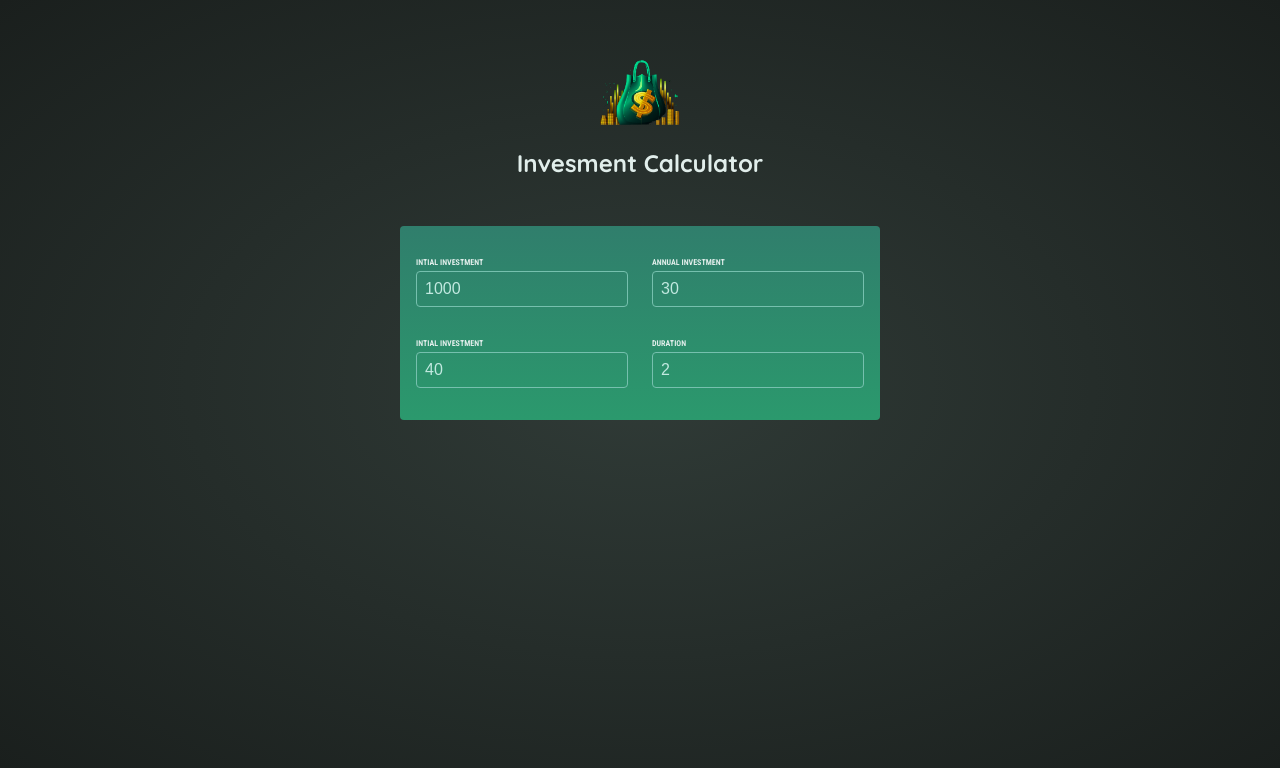
Repository: sibi24sibi/investment-calculator
Page: /
An editor plug-in stored every save of this project. The page is shown before and after the next save, followed by the edit.
The browser window is 1280 px wide. The pictures show the whole page.
The project was rebuilt for these pictures with package versions that can differ from the ones it lists, and the page was loaded fresh each time. Also part of the build but not shown: vite.config.js.

Above is the page before, as saved 2024-05-26 12:22:09.

### src/App.jsx
import logo from "./assets/investment-calculator-logo.png";
import UserInputs from "./components/Inputs";
import { useState } from "react";
function App() {


    const [userInput, setUserInput] = useState({
      initialInvestment: 1000,
      annualInvestment: 30,
      expectedReturn: 40,
      duration: 2,
    });

    function handleChange(inputIdentifier, newValue) {
      setUserInput((prevInput) => {
        return {
          ...prevInput,
          [inputIdentifier]: newValue,
        };
      });
    }


  return (
    <>
      <div id="header">
        <img src={logo} alt="" srcset="" />
        <h1>Invesment Calculator</h1>
      </div>
      <UserInputs userInput={userInput} handleChange={handleChange} />
    </>
  );
}

export default App;

### src/components/Inputs.jsx
export default function UserInput({ onChange , userInput}) {
  return (
    <section id="user-input">
      <div className="input-group">
        <p>
          <label htmlFor="">Intial investment</label>
          <input

            name="initialInvestment"
            value={userInput.initialInvestment}
            id="initialInvestment"
            onChange={(event) =>
              onChange("initialInvestment", event.target.value)
            }
          />
        </p>
        <p>
          <label htmlFor="">Annual Investment</label>
          <input
            type="number"
            name="annualInvestment"
            value={userInput.annualInvestment}
            id="annualInvestment"
            onChange={(event) =>
              onChange("annualInvestment", event.target.value)
            }
          />
        </p>
      </div>
      <div className="input-group">
        <p>
          <label htmlFor="">Intial investment</label>
          <input
            type="number"
            name="expectedReturn"
            value={userInput.expectedReturn}
            id="expectedReturn"
            onChange={(event) => onChange("expectedReturn", event.target.value)}
          />
        </p>
        <p>
          <label htmlFor="">Duration</label>
          <input
            type="number"
            name="duration"
            value={userInput.duration}
            id="duration"
            onChange={(event) => onChange("duration", event.target.value)}
          />
        </p>
      </div>
    </section>
  );
}

Loaded but not shown: index.html (common file); src/index.jsx (common file); src/index.css (common file)

After the next save:
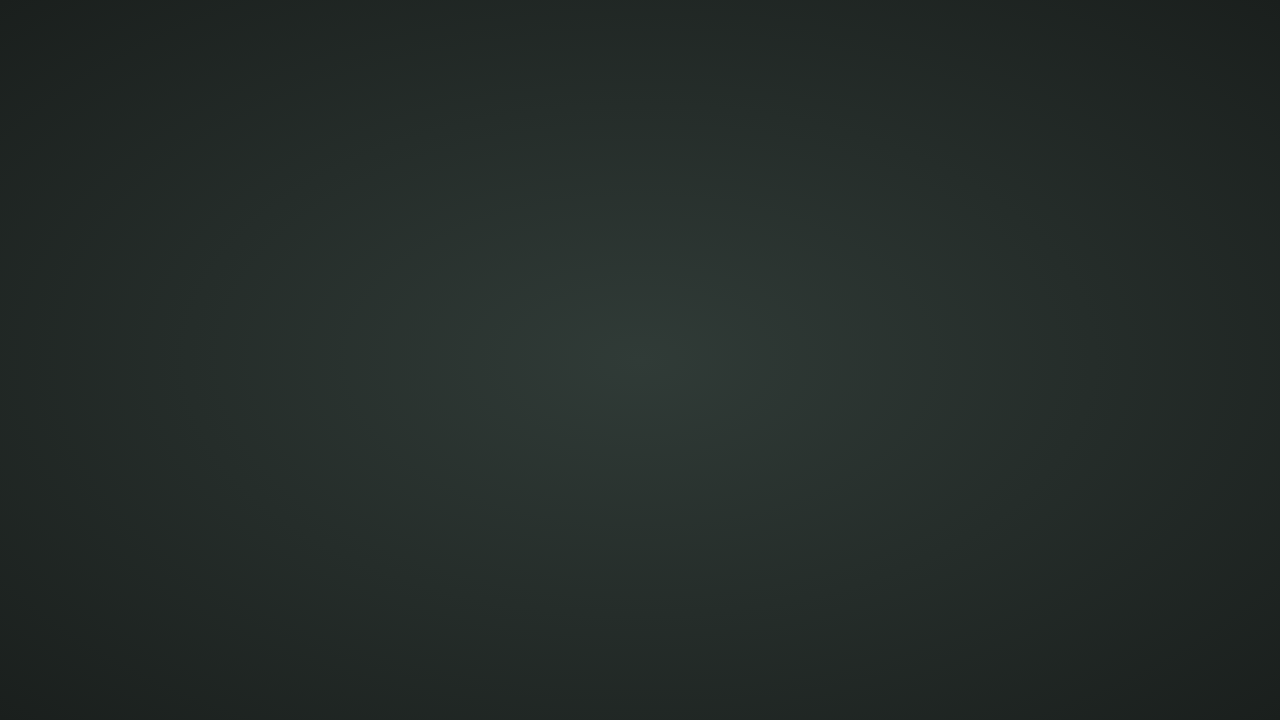
Console error: ReferenceError: onChange is not defined
Saved 4 min 23 s later.
--- a/src/App.jsx
+++ b/src/App.jsx
@@ -27,7 +27,7 @@
         <img src={logo} alt="" srcset="" />
         <h1>Invesment Calculator</h1>
       </div>
-      <UserInputs userInput={userInput} handleChange={handleChange} />
+      <UserInputs userInput={userInput} handleChange={onChange} />
     </>
   );
 }

After the save that followed:
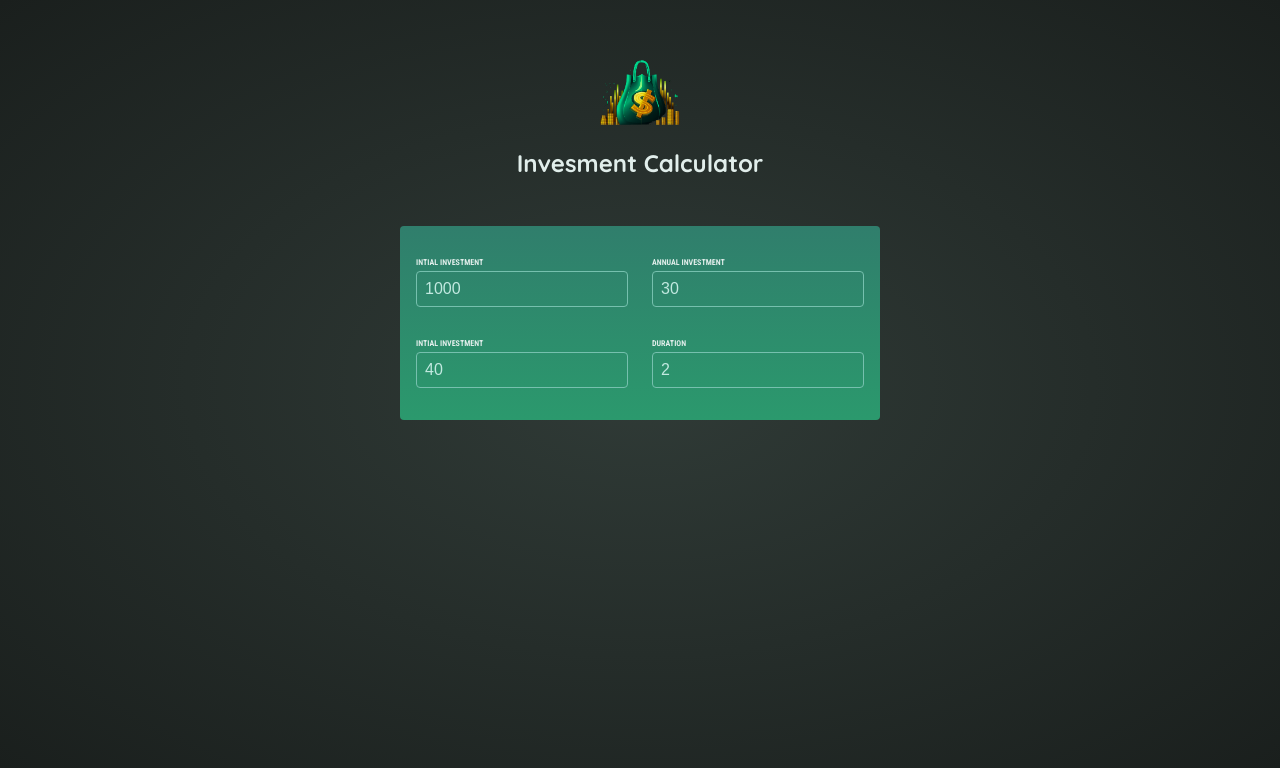
The error is gone.
Saved 23 s later.
--- a/src/App.jsx
+++ b/src/App.jsx
@@ -27,7 +27,7 @@
         <img src={logo} alt="" srcset="" />
         <h1>Invesment Calculator</h1>
       </div>
-      <UserInputs userInput={userInput} handleChange={onChange} />
+      <UserInputs userInput={userInput} onChange={handleChange} />
     </>
   );
 }
